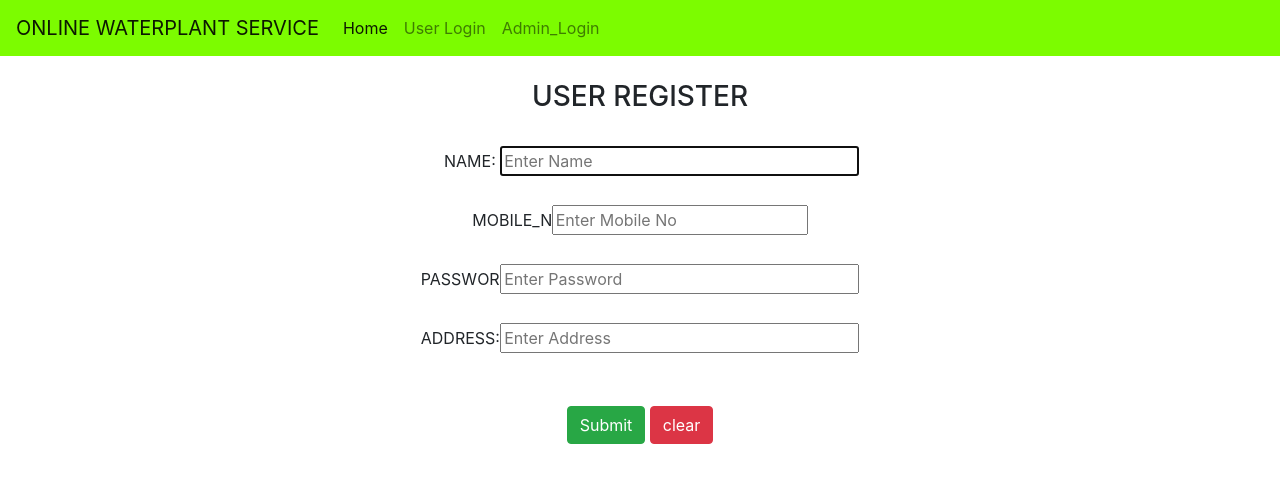
Repository: SHARMILAG97/WebApplication
Page: http://localhost/waterplant_web/userregister.jsp
These files come from the project's save history. The page is drawn as it stood at one moment and after the next save; the edit follows.
The browser window is 1280 px wide. The pictures show the whole page.
The page is served by Tomcat 9. Other server files are loaded and not shown.

Above is the page before, as saved 2019-09-18 09:30:21.
Console error: TypeError: Cannot read properties of undefined (reading 'fn')

### waterplant_web/src/main/webapp/userregister.jsp
<%@ page language="java" contentType="text/html; charset=ISO-8859-1"
    pageEncoding="ISO-8859-1"%>
<!DOCTYPE html>
<html>
<head>
<meta charset="ISO-8859-1">
<title>UserRegister</title>
<link rel="stylesheet" href="css/bootstrap.min.css">
<script src="js/bootstrap.min.js"></script>
<script src="js/jquery-3.4.1.min.js"></script>


<style type="text/css">
   label{
  width: 75px;
  display: inline-block;
  text-align: right;
   }
</style>



</head>


<body style="text-align:center">

<jsp:include page="headers.jsp"></jsp:include>
<%
String message = request.getParameter("message");
if (message != null){
	out.println("<font color='red'>" + message + "</font>");
}
%>

<script>

function register() {
    //alert('register');
    event.preventDefault();
    var name = document.getElementById("name").value;
    var mobileno = document.getElementById("mobileno").value;
    var password = document.getElementById("password").value;
    var address = document.getElementById("address").value;
    var formData = "name="+name+ "&mobileno=" + mobileno + "&password=" + password+ "&address="+address;
    console.log(formData);

    var url = "http://localhost:8080/waterplant_web/RegisterServlet?" + formData;
    console.log(url);
    var formData = {};
    $.get(url, function(response) {
        console.log(response);
        alert(response);
        var msg=JSON.parse(response);
       // alert(msg.errorMessage);
        if (msg.errorMessage!=null) {
            alert("Invalid Values");
            window.location.href = "userregister.jsp";
        } else {
            alert("successful Register");
            window.location.href = "userlogin.jsp";
        }
    });
}


</script>
</br><h3>USER REGISTER</h3></br>

<form onsubmit="register()">
<label>NAME:</label>
<input type="text" name="name" id="name" size=30 placeholder="Enter Name" required autofocus/>
<br/></br>

<label>MOBILE_NUMBER:</label>
<input type="number" name="mobileno" id="mobileno" size=30 placeholder="Enter Mobile No" required />
<br/></br>

<label>PASSWORD:</label>
<!--<input type="password" name="password" id="password" placeholder="Enter Password" required />  -->
<input type="password" name="password" id="password" size=30 placeholder="Enter Password" required
 pattern="(?=.*\d)(?=.*[a-z])(?=.*[A-Z]).{8,}"
 title="Must contain at least one number and one uppercase and lowercase letter, and at least 8 or more characters required "/>
<br/></br>
<label>ADDRESS:</label>
<input type="text" name="address" id="address" size=30 placeholder="Enter Address" required />
<br/></br></br>
<input type="submit" value="Submit" class="btn btn-success">
<button type="reset" class="btn btn-danger" value="clear">clear</button>
</form>

</body>
</html>

### waterplant_web/src/main/webapp/headers.jsp

<nav class="navbar navbar-expand-md navbar-light" style="background-color: #7CFC00;">
 <a class="navbar-brand" href="index.jsp">ONLINE WATERPLANT SERVICE</a>
 <button class="navbar-toggler" type="button" data-toggle="collapse" data-target="#navbarCollapse" aria-controls="navbarCollapse" aria-expanded="false" aria-label="Toggle navigation">
   <span class="navbar-toggler-icon"></span>
 </button>
 <div class="collapse navbar-collapse" id="navbarCollapse">
   <ul class="navbar-nav mr-auto">
     <li class="nav-item active">
       <a class="nav-link" href="index.jsp">Home</a>
     </li>

     <li class="nav-item">
       <a class="nav-link " href="userlogin.jsp">User Login</a>
     </li>
     <li class="nav-item">
       <a class="nav-link " href="adminlogin.jsp">Admin_Login</a>
     </li>


   </ul>
 <!--   <form class="form-inline mt-2 mt-md-0">
   <input class="form-control mr-sm-2" type="text" placeholder="Search" aria-label="Search">
     <button class="btn btn-outline-success my-2 my-sm-0" type="submit">Search</button>
   </form>-->
 </div>
</nav>

Loaded but not shown: waterplant_web/src/main/webapp/css/bootstrap.min.css (library); waterplant_web/src/main/webapp/js/bootstrap.min.js (library); waterplant_web/src/main/webapp/js/jquery-3.4.1.min.js (library)

After the next save:
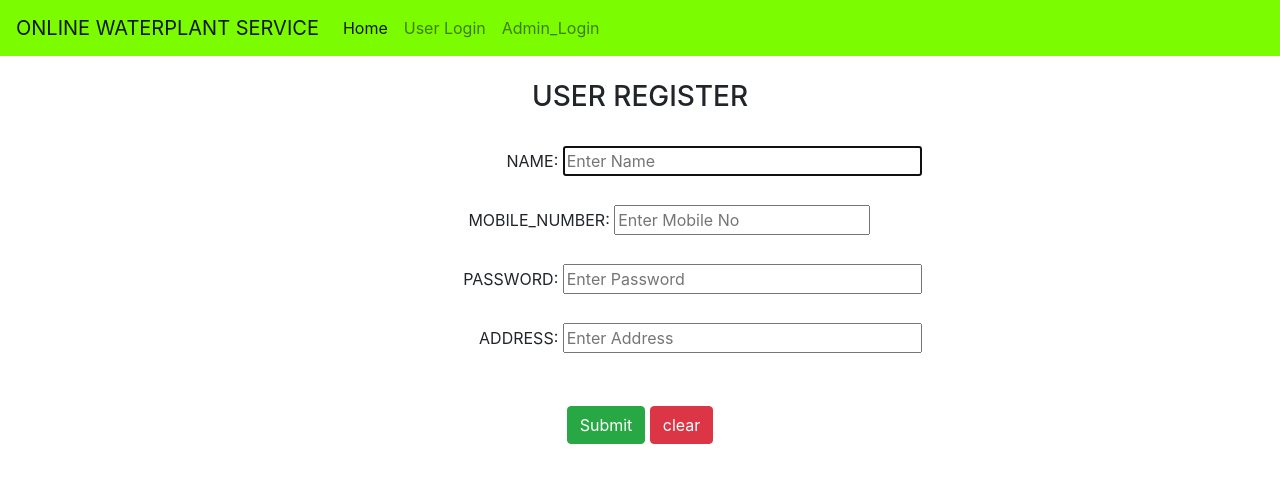
Saved 13 s later.
--- a/waterplant_web/src/main/webapp/userregister.jsp
+++ b/waterplant_web/src/main/webapp/userregister.jsp
@@ -12,7 +12,7 @@
 
 <style type="text/css">
    label{
-  width: 75px;
+  width: 200px;
   display: inline-block;
   text-align: right;
    }
